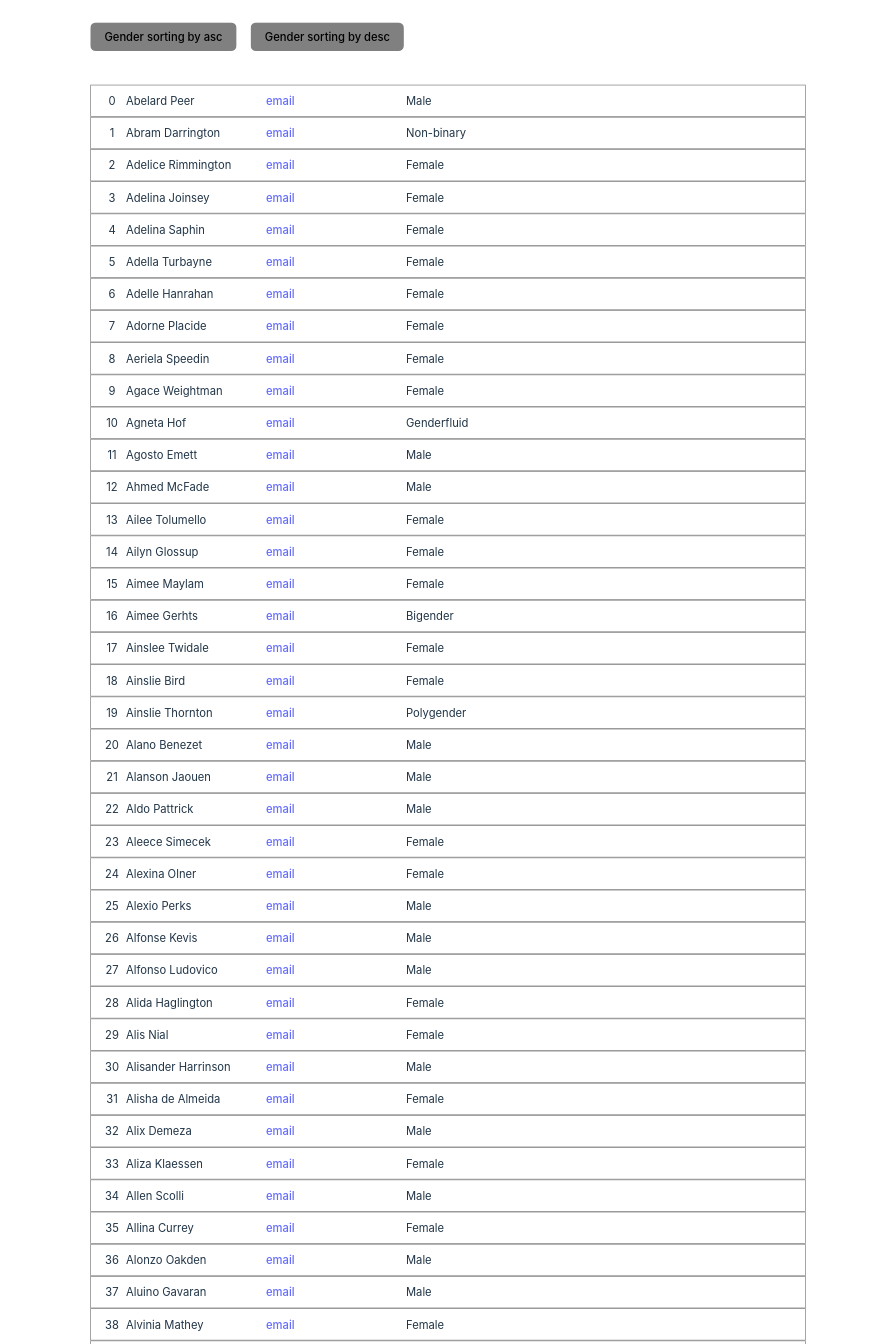
Repository: Kainar9292/sorting
Page: /
An editor plug-in stored every save of this project. The page is shown before and after the next save, followed by the edit.
The browser window is 1280 px wide. The pictures show the part of the page from y = 0 to 1920 px (the page is 46153 px tall before and 46105 px after), at 70% of full size.
The project was rebuilt for these pictures with package versions that can differ from the ones it lists, and the page was loaded fresh each time. Also part of the build but not shown: vite.config.js.

Above is the page before, as saved 2022-10-29 15:24:24.

After the next save:
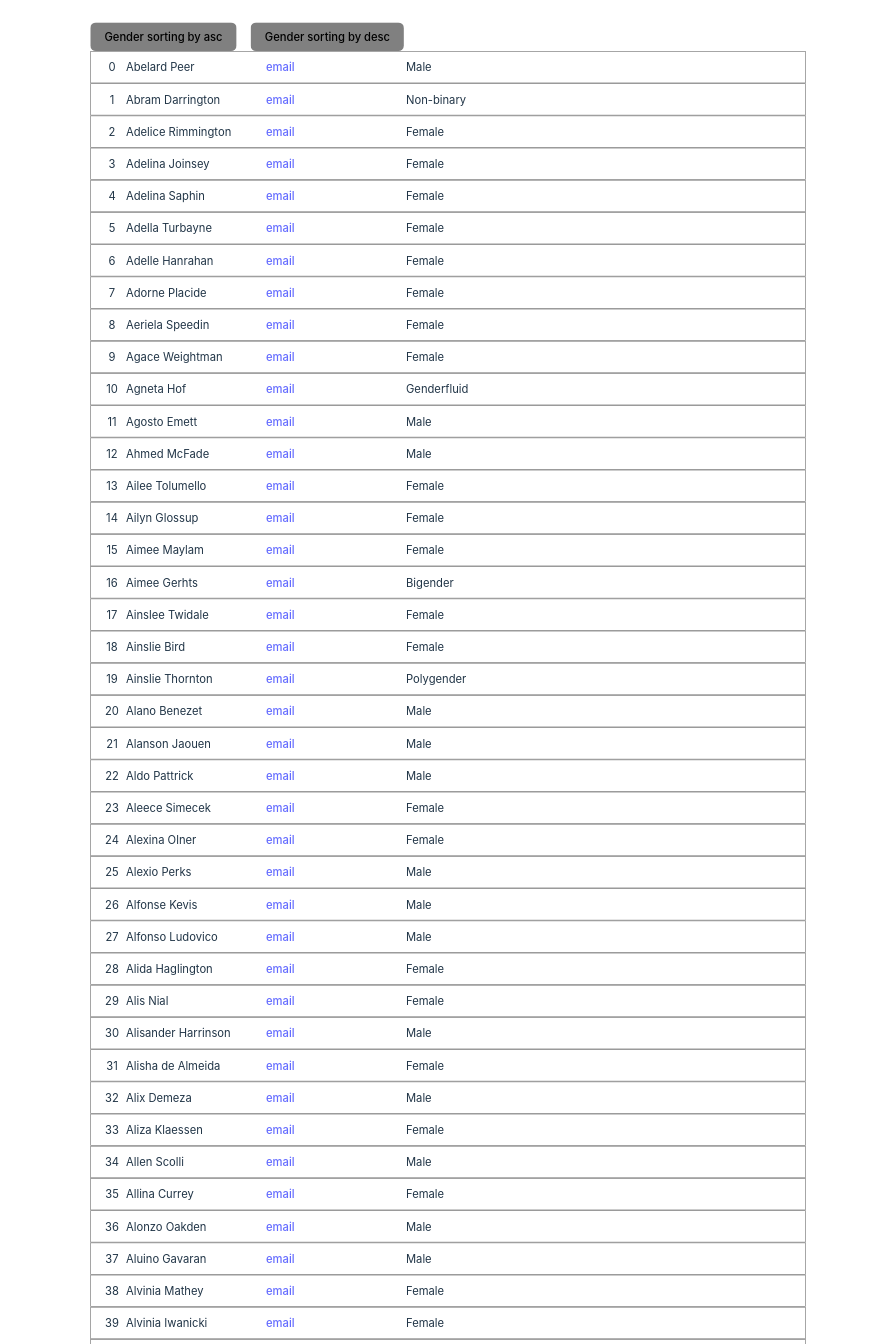
Saved 88 s later.
--- a/src/components/Users.vue
+++ b/src/components/Users.vue
@@ -7,16 +7,12 @@
     </button>
   </div>
 
-  <br />
-  <br />
   <div class="users">
     <div class="users_item" v-for="(item, index) in state.users">
       <div class="users_index">{{index}}</div>
       <div class="users_item-name">{{ item.first_name }} {{ item.last_name }}</div>
       <a class="users_item-email" href="mailto:{{item.email}}">email</a>
       <div>{{ item.gender }}</div>
-      <!-- <br />
-      <br /> -->
     </div>
   </div>
 </template>
